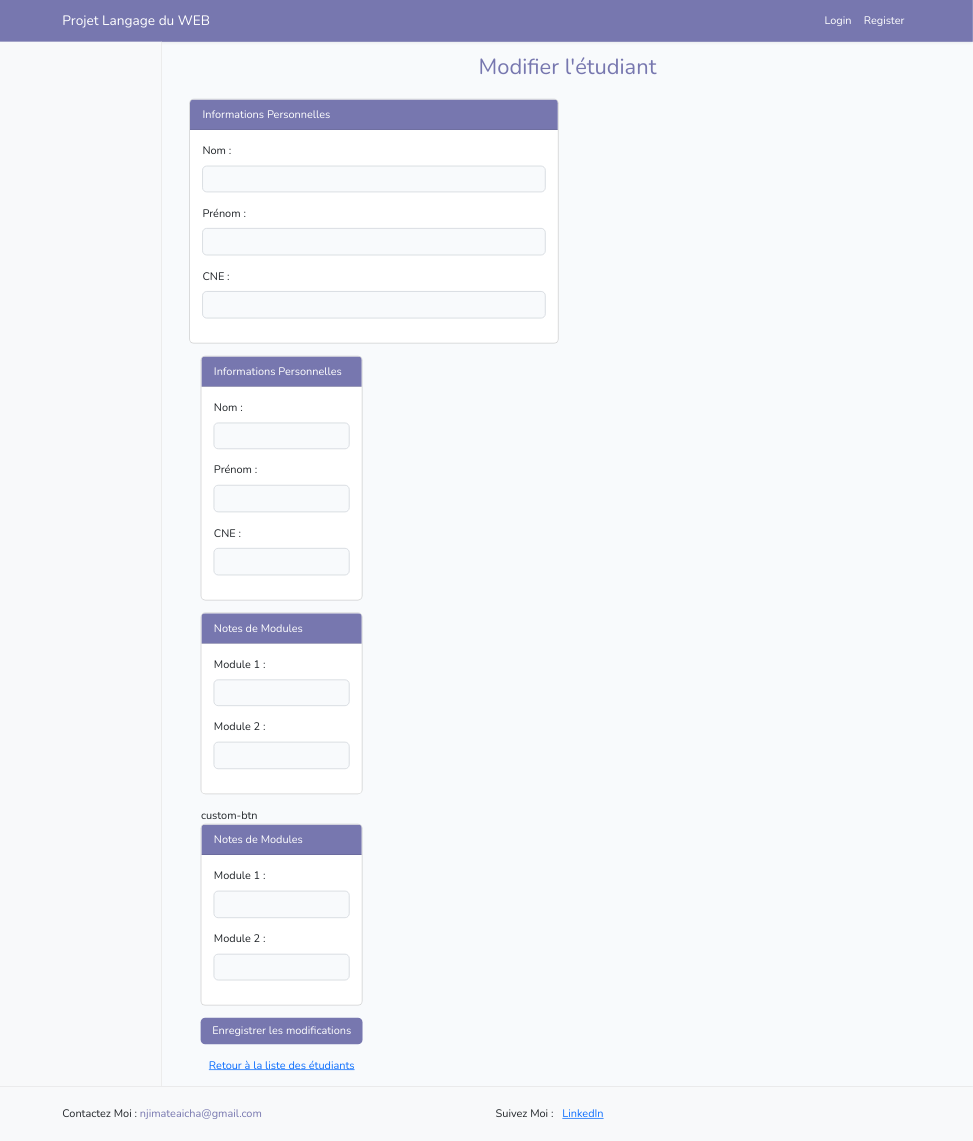
Repository: NjimateAicha/LaravelWeb
Page: resources/views/etudiant/edit.blade.php
These files come from the project's save history. The page is drawn as it stood at one moment and after a run of saves; the edit follows.
The browser window is 1280 px wide. The pictures show the whole page, at 76% of full size.
Some web libraries are served in a nearby version. The page is served by the project's Laravel application, run on PHP 8.4 with Laravel 9. Other server files are loaded and not shown. Style sheets and scripts are compiled from the project's sources, by tool versions that may differ from the author's. The template is opened directly, without the code that normally fills it, so the values that code supplies are empty.

Above is the page before, as saved 2024-05-19 18:12:40.

### routes/web.php
<?php

use App\Http\Controllers\AproposDeMoiController;
use App\Http\Controllers\ChartsController;
use App\Http\Controllers\EtudiantController;
use App\Http\Controllers\formulairesController;
use App\Http\Controllers\ImageController;
use App\Http\Controllers\JsController;
use App\Http\Controllers\MapController;
use App\Http\Controllers\MatriceController;
use App\Http\Controllers\PhpController;
use App\Http\Controllers\ProjetController;
use App\Http\Controllers\QuizController;
use Illuminate\Support\Facades\Auth;
use Illuminate\Support\Facades\Route;

/*
|--------------------------------------------------------------------------
| Web Routes
|--------------------------------------------------------------------------
|
| Here is where you can register web routes for your application. These
| routes are loaded by the RouteServiceProvider within a group which
| contains the "web" middleware group. Now create something great!
|
*/

Route::get('/', function () {
    return view('auth.login');
});


Auth::routes();

Route::get('/home', [App\Http\Controllers\HomeController::class, 'index'])->name('home');

Route::get('/projets', [ProjetController::class, 'index'])->name('projets.index');
Route::get('/aproposDeMoi', [AproposDeMoiController::class, 'index'])->name('aProposDeMoi.index');


/* CRUD Student */
Route::resource('/etudiant' ,EtudiantController::class );
/* CRUD image */
Route::resource('/image' ,ImageController::class );
/* CRUD Maps */
Route::resource('/map' ,MapController::class );
/* CRUD Charts */
Route::resource('/charts' ,ChartsController::class );
/* Matrice */
Route::resource('/matrice' ,MatriceController::class );
/* quiz */
Route::resource('/Quiz' ,QuizController::class );
Route::get('/quiz/javascript', [QuizController::class, 'javascriptQuiz'])->name('quiz.javascript');
Route::post('/quiz/calculateJS', [QuizController::class, 'calculateScoreJS'])->name('quiz.calculateJS');
Route::get('/quiz/php', [QuizController::class, 'phpQuiz'])->name('quiz.php');
Route::post('/quiz/calculatePHP', [QuizController::class, 'calculateScorePHP'])->name('quiz.calculatePHP');

### resources/views/etudiant/edit.blade.php
@extends('layouts.app')

@section('content')
<style>
    h2 {
        color: #7777af;
    }
    .card-header {
        color: #fff;
        background-color: #7777af;
    }
    .custom-btn {
        color: #fff;
        background-color: #7777af;
        border: none;
    }
    .custom-btn:hover {
        background-color: #555577;
    }
    .card-title {
        color: #7777af;
    }
</style>
    <div class="container mt-3">
        @if ($errors->any())
            <div class="alert alert-danger">
                <ul>
                    @foreach ($errors->all() as $error)
                        <li>{{ $error }}</li>
                    @endforeach
                </ul>
            </div>
        @endif

        <h2 class="text-center mb-4">Modifier l'étudiant</h2>
        <div class="row">
            <div class="col-md-6 ">
                <form action="{{ route('etudiant.update', $etudiant->id) }}" method="POST">
                    @csrf
                    @method('PUT') <!-- Utilisez cette directive pour spécifier la méthode PUT -->

                    <!-- Informations personnelles -->
                    <div class="card mb-3">
                        <div class="card-header">Informations Personnelles</div>
                        <div class="card-body">
                            <div class="form-group">
                                <label for="nom">Nom :</label>
                                <input type="text" class="form-control" id="nom" name="nom"
                                    value="{{ $etudiant->nom }}" required>
                            </div>
                            <div class="form-group">
                                <label for="prenom">Prénom :</label>
                                <input type="text" class="form-control" id="prenom" name="prenom"
                                    value="{{ $etudiant->prenom }}" required>
                            </div>
                            <div class="form-group">
                                <label for="cne">CNE :</label>
                                <input type="text" class="form-control" id="cne" name="cne"
                                    value="{{ $etudiant->cne }}" required>
                            </div>
                        </div>
                    </div>
                    <div class="col-md-6 ">
                        <form action="{{ route('etudiant.update', $etudiant->id) }}" method="POST">
                            @csrf
                            @method('PUT') <!-- Utilisez cette directive pour spécifier la méthode PUT -->

                            <!-- Informations personnelles -->
                            <div class="card mb-3">
                                <div class="card-header">Informations Personnelles</div>
                                <div class="card-body">
                                    <div class="form-group">
                                        <label for="nom">Nom :</label>
                                        <input type="text" class="form-control" id="nom" name="nom"
                                            value="{{ $etudiant->nom }}" required>
                                    </div>
                                    <div class="form-group">
                                        <label for="prenom">Prénom :</label>
                                        <input type="text" class="form-control" id="prenom" name="prenom"
                                            value="{{ $etudiant->prenom }}" required>
                                    </div>
                                    <div class="form-group">
                                        <label for="cne">CNE :</label>
                                        <input type="text" class="form-control" id="cne" name="cne"
                                            value="{{ $etudiant->cne }}" required>
                                    </div>
                                </div>
                            </div>
                            <!-- Notes de modules -->
                            <div class="col-md-6">

                            </div>
                            <div class="card mb-3">
                                <div class="card-header">Notes de Modules</div>
                                <div class="card-body">
                                    <div class="form-group">
                                        <label for="note1">Module 1 :</label>
                                        <input type="number" class="form-control" id="note1" name="note1"
                                            value="{{ $etudiant->note1 }}" required>
                                    </div>
                                    <div class="form-group">
                                        <label for="note2">Module 2 :</label>
                                        <input type="number" class="form-control" id="note2" name="note2"
                                            value="{{ $etudiant->note2 }}" required>
                                    </div>
                                </div>
                            </div>

                    <!-- Notes de modules -->
                    custom-btn
                    <div class="card mb-3">
                        <div class="card-header">Notes de Modules</div>
                        <div class="card-body">
                            <div class="form-group">
                                <label for="note1">Module 1 :</label>
                                <input type="number" class="form-control" id="note1" name="note1"
                                    value="{{ $etudiant->note1 }}" required>
                            </div>
                            <div class="form-group">
                                <label for="note2">Module 2 :</label>
                                <input type="number" class="form-control" id="note2" name="note2"
                                    value="{{ $etudiant->note2 }}" required>
                            </div>
                        </div>
                    </div>




                <!-- Bouton Valider -->
                <button type="submit" class="btn custom-btn btn-block">Enregistrer les modifications</button>
            </form>
            <!-- Lien pour revenir à la liste des étudiants -->
            <p class="text-center mt-3"><a href="{{ route('etudiant.index') }}">Retour à la liste des étudiants</a></p>
        </div>
    </div>
@endsection

### resources/views/layouts/app.blade.php
<!doctype html>
<html lang="{{ str_replace('_', '-', app()->getLocale()) }}">

<head>
    <meta charset="utf-8">
    <meta name="viewport" content="width=device-width, initial-scale=1">

    <!-- CSRF Token -->
    <meta name="csrf-token" content="{{ csrf_token() }}">

    <title>{{ config('app.name', 'Aicha\'s Portfolio') }}</title>

    <!-- Fonts -->
    <link rel="dns-prefetch" href="//fonts.bunny.net">
    <link href="https://fonts.bunny.net/css?family=Nunito" rel="stylesheet">

    <!-- Styles -->
    <link rel="stylesheet" href="https://maxcdn.bootstrapcdn.com/bootstrap/4.5.2/css/bootstrap.min.css">
    <style>

        body {
            font-family: 'Nunito', sans-serif;
        }
        .navbar {
            background-color: #7777af;
        }
        .navbar-brand, .navbar-nav .nav-link {
            color: white !important;
        }
        .sidebar {
            background-color: #f8f9fa;
            border-right: 1px solid #e7e7e7;
        }
        .sidebar .nav-link {
            color: #7777af;
        }
        .sidebar .nav-link:hover {
            color: #7777af;
        }
        .font-weight-bold {
            font-weight: bold !important;
        }
        footer {
            background-color: #f8f9fa;
            border-top: 1px solid #e7e7e7;
            padding: 10px 0;
        }
        footer p {
            margin: 0;
        }
    </style>
    <!-- Scripts -->
    @vite(['resources/sass/app.scss', 'resources/js/app.js'])
</head>

<body>
    <div id="app">
        <nav class="navbar navbar-expand-md navbar-light shadow-sm">
            <div class="container">
                <a class="navbar-brand" href="{{ url('/') }}">
                    Projet Langage du WEB
                </a>
                <button class="navbar-toggler" type="button" data-toggle="collapse" data-target="#navbarSupportedContent" aria-controls="navbarSupportedContent" aria-expanded="false" aria-label="{{ __('Toggle navigation') }}">
                    <span class="navbar-toggler-icon"></span>
                </button>

                <div class="collapse navbar-collapse" id="navbarSupportedContent">
                    <!-- Left Side Of Navbar -->
                    <ul class="navbar-nav me-auto"></ul>

                    <!-- Right Side Of Navbar -->
                    <ul class="navbar-nav ms-auto">
                        <!-- Authentication Links -->
                        @guest
                            @if (Route::has('login'))
                                <li class="nav-item">
                                    <a class="nav-link" href="{{ route('login') }}">{{ __('Login') }}</a>
                                </li>
                            @endif

                            @if (Route::has('register'))
                                <li class="nav-item">
                                    <a class="nav-link" href="{{ route('register') }}">{{ __('Register') }}</a>
                                </li>
                            @endif
                        @else
                            <li class="nav-item dropdown">
                                <a id="navbarDropdown" class="nav-link dropdown-toggle" href="#" role="button" data-toggle="dropdown" aria-haspopup="true" aria-expanded="false" v-pre>
                                    {{ Auth::user()->name }}
                                </a>

                                <div class="dropdown-menu dropdown-menu-right" aria-labelledby="navbarDropdown">
                                    <a class="dropdown-item" href="{{ route('logout') }}"
                                       onclick="event.preventDefault();
                                                     document.getElementById('logout-form').submit();">
                                        {{ __('Logout') }}
                                    </a>

                                    <form id="logout-form" action="{{ route('logout') }}" method="POST" class="d-none">
                                        @csrf
                                    </form>
                                </div>
                            </li>
                        @endguest
                    </ul>
                </div>
            </div>
        </nav>

        <div class="container-fluid">
            <div class="row">
                <nav class="col-md-2 d-none d-md-block sidebar">
                    <div class="position-sticky pt-3" style="height: 400px">
                        <ul class="nav flex-column">
                            @auth
                                <li class="nav-item">
                                    <a class="nav-link active font-weight-bold" aria-current="page" href="{{ route('aProposDeMoi.index') }}">À propos de moi</a>
                                </li>
                                <li class="nav-item">
                                    <a class="nav-link font-weight-bold" href="{{ route('projets.index') }}">Mes Projets</a>
                                </li>
                            @endauth
                        </ul>
                    </div>
                </nav>
                <main class="col-md-9 ms-sm-auto col-lg-10 px-md-4">
                    @yield('content')
                </main>
            </div>
        </div>

        <footer class="bg-light py-4">
            <div class="container">
                <div class="row justify-content-between">
                    <div class="col-md-6">
                        <p class="d-inline">Contactez Moi : <span style="color: #7777af;">njimateaicha@gmail.com</span></p>
                    </div>
                    <div class="col-md-6">
                        <p class="d-inline-block me-2 mb-0">Suivez Moi :</p>
                        <a href="https://www.linkedin.com/" class="text-blue-500 hover:text-7777af-700 d-inline-block" target="_blank">LinkedIn</a>
                    </div>
                </div>
            </div>
        </footer>
    </div>

    <!-- Bootstrap JS and dependencies -->
    <script src="https://code.jquery.com/jquery-3.5.1.slim.min.js"></script>
    <script src="https://cdn.jsdelivr.net/npm/@popperjs/core@2.5.4/dist/umd/popper.min.js"></script>
    <script src="https://maxcdn.bootstrapcdn.com/bootstrap/4.5.2/js/bootstrap.min.js"></script>
</body>

</html>

Loaded but not shown: app/Http/Controllers/Auth/ConfirmPasswordController.php (common file); app/Http/Controllers/Controller.php (common file); resources/sass/app.scss (common file); resources/sass/_variables.scss (common file)

After the next 3 saves:
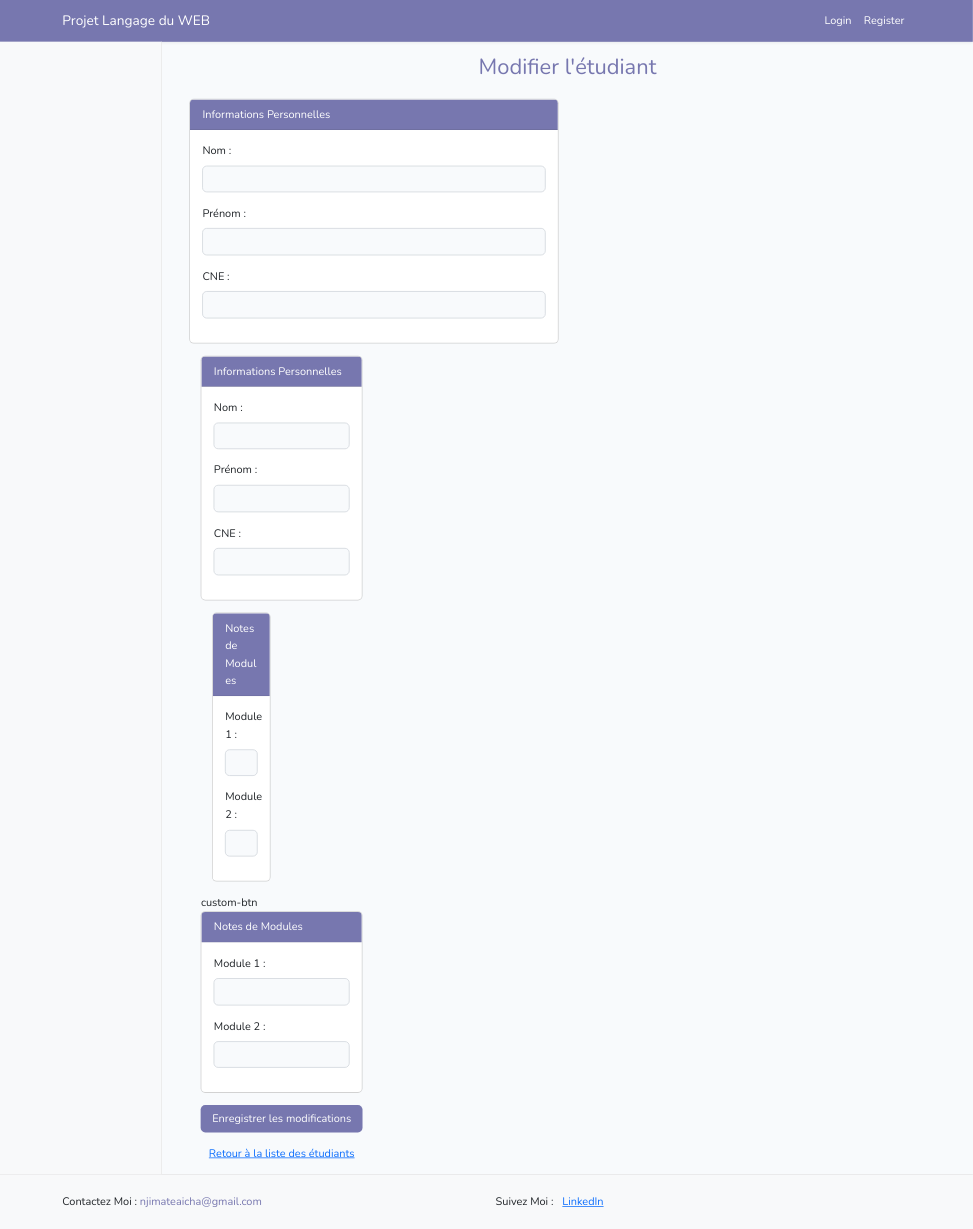
The 3 saves are shown as one change because they came seconds apart.
The last was saved 11 s later.
--- a/resources/views/etudiant/edit.blade.php
+++ b/resources/views/etudiant/edit.blade.php
@@ -87,9 +87,9 @@
                                 </div>
                             </div>
                             <!-- Notes de modules -->
-                            <div class="col-md-6">
+                        <div class="col-md-6">
 
-                            </div>
+
                             <div class="card mb-3">
                                 <div class="card-header">Notes de Modules</div>
                                 <div class="card-body">
@@ -105,6 +105,7 @@
                                     </div>
                                 </div>
                             </div>
+                        </div>
 
                     <!-- Notes de modules -->
                     custom-btn
